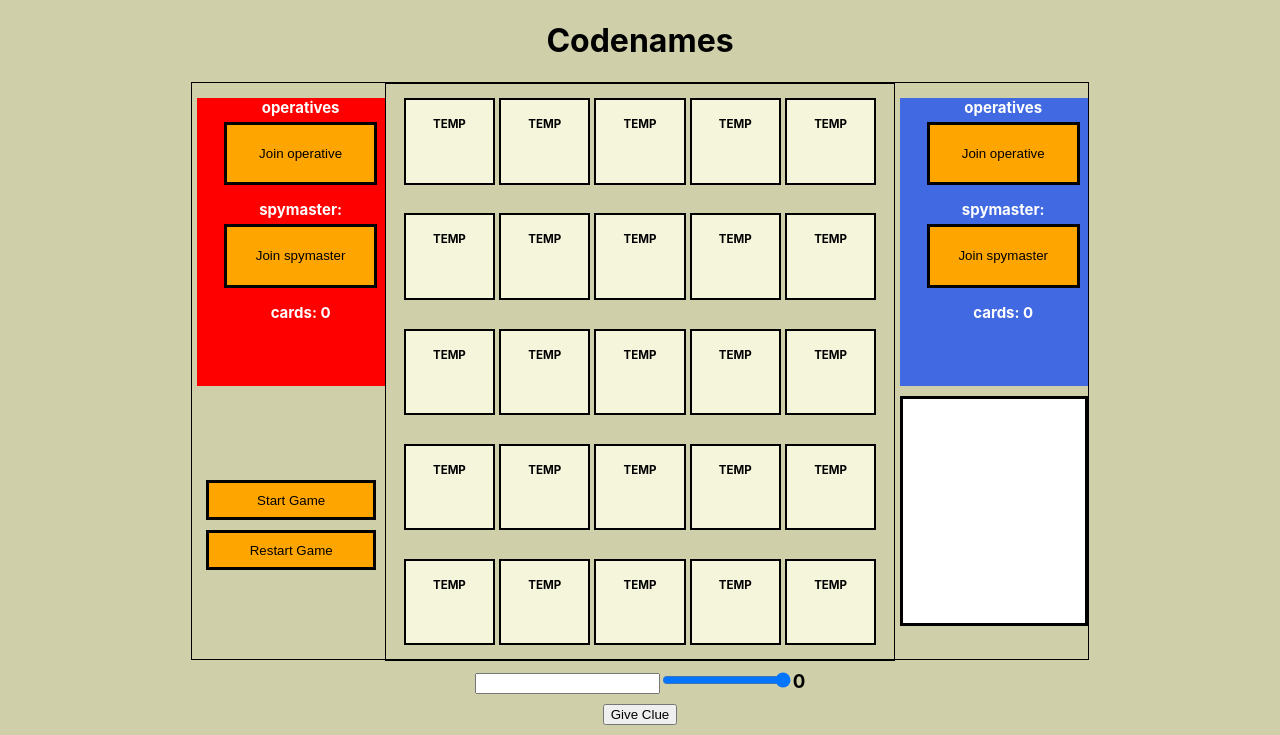
Repository: alcarrizo/Codenames-Fullstack
Page: / (app in client/)
The author's editor kept a copy of each file at every save. The page is drawn from the files as they stood at one save, then again after the next save.
The browser window is 1280 px wide. The pictures show the whole page.
The project was rebuilt for these pictures with package versions that can differ from the ones it lists, and the page was loaded fresh each time. Imported but missing from the stored project, and not drawn on this page: client/src/reportWebVitals.

Above is the page before, as saved 2023-01-12 21:28:53.

After the next save:
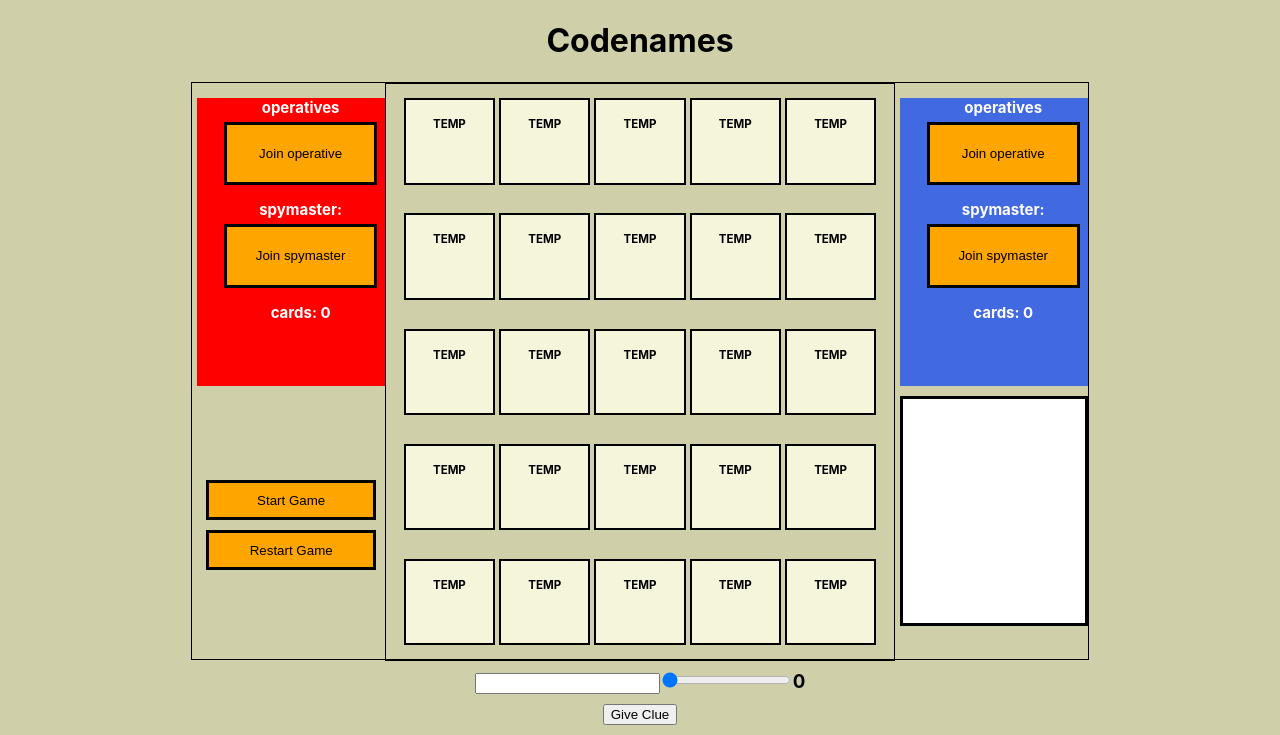
Saved 26 s later.
--- a/client/src/App.js
+++ b/client/src/App.js
@@ -303,7 +303,7 @@ const App = () => {
       <div className='clue-area ' id='clue-area'>
         <input className='clue-text' id='clue-text' type="text" />
         <div className="rangeDiv" id="rangeDiv">
-          <input className="clue-range" id='clueRange' type="range" autoComplete='off' min="0" max="10" defaultValue="10" />
+          <input className="clue-range" id='clueRange' type="range" autoComplete='off' min="0" max="10" defaultValue="0" />
           <h3 className="range-number" id="rangeNumber">0</h3>
         </div>
         <Btn onClick={() => { giveClue() }} className="clue-submit" id="clue-submit" name="Give Clue" />
